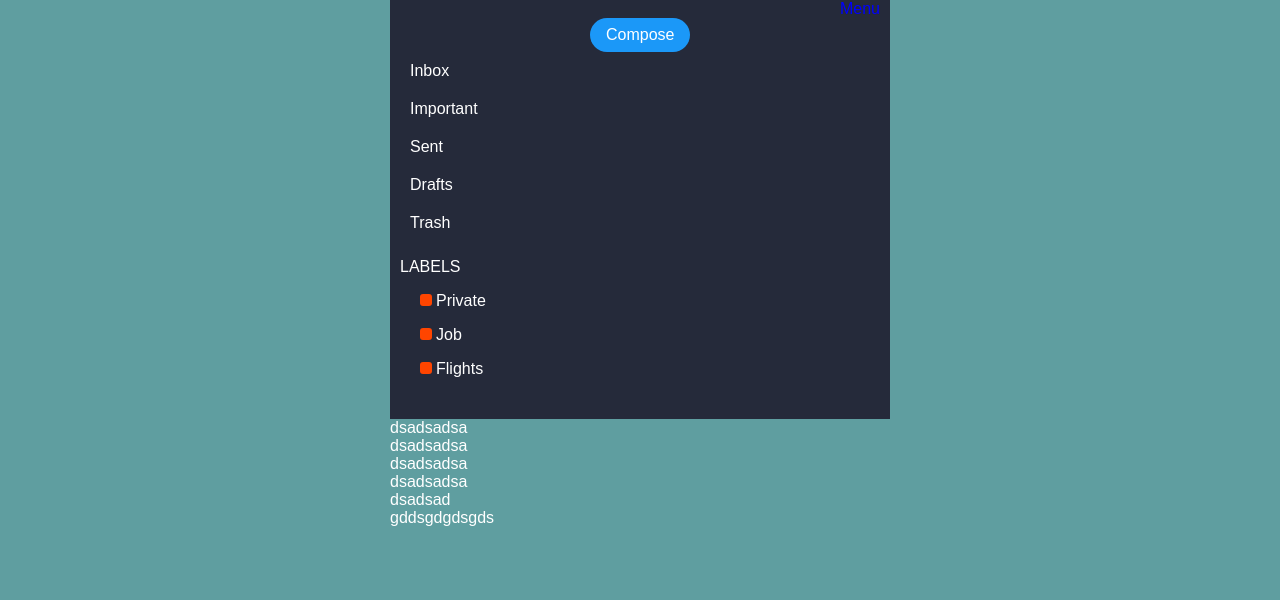
Repository: Gumiin/studia
Page: lesson4/index.html
The author's editor kept a copy of each file at every save. The page is drawn from the files as they stood at one save, then again after the next save.
The browser window is 1280 px wide. The pictures show the whole page.

Above is the page before, as saved 2021-04-21 17:08:34.

### lesson4/index.html
<!DOCTYPE html>
<html lang="en">
<head>
    <meta charset="UTF-8">
    <meta http-equiv="X-UA-Compatible" content="IE=edge">
    <meta name="viewport" content="width=device-width, initial-scale=1.0">
    <title>Mail mobile part</title>
    <link rel="stylesheet" href="style.css">
</head>
<body>
    <div id="menus">
        <p style="border: 0px;margin: 0px; color: blue;margin-right: 2%;text-align: right;">Menu</p>
        <a href=""><div id="compose">Compose</div></a>
        <nav>
            <a href=""><div class="menu">Inbox</div></a>
            <a href=""><div class="menu">Important</div></a>
            <a href=""><div class="menu">Sent</div></a>
            <a href=""><div class="menu">Drafts</div></a>
            <a href=""><div class="menu">Trash</div></a>
        </nav>
        <div id="labels">
            <p>LABELS</p>
            <p>
                <div class="label"></div>
            Private
            </p>
            <p>
                <div class="label"></div>
            Job
            </p>
            <p>
                <div class="label"></div>
            Flights
            </p>
        </div>
    </div>
    <div id="mails">
        <div class="mail">dsadsadsa</div>
        <div class="mail">dsadsadsa</div>
        <div class="mail">dsadsadsa</div>
        <div class="mail">dsadsadsa</div>
        <div class="mail">dsadsad</div>
    </div>
    <div id="messenge">
        gddsgdgdsgds
    </div>
</body>
</html>

### lesson4/style.css
body{
    margin: 0px;
    border: 0px;
    max-width: 500px;
    height:100%;
    margin:auto;
    font-family: Arial, sans-serif;
    color: white;
    background-color: cadetblue;
}
#menus{
    background-color: #252a3a;
    font-size: 16px;
}
#menus a{
    text-decoration: none;
    color: white;
}

#compose{
    background-color: #1B98F8;
    border: none;
    color: white;
    padding: 20px;
    text-align: center;
    text-decoration: none;
    display: inline-block;
    font-size: 16px;
    padding: 8px 16px;
    margin-left: 40%;
    border-radius: 20px;
}
.menu{
    margin-left: 2%;
    margin-right: 2%;
    padding: 2%;
}
.menu:hover{
    background-color: orchid;
}
#labels{
    margin-left: 2%;
    padding-bottom: 5%;
}
.label{
    background-color: orangered;
    border: none;
    display: inline-block;
    padding: 6px 6px;
    border-radius: 3px;
    margin-left:4%;
}

After the next save:
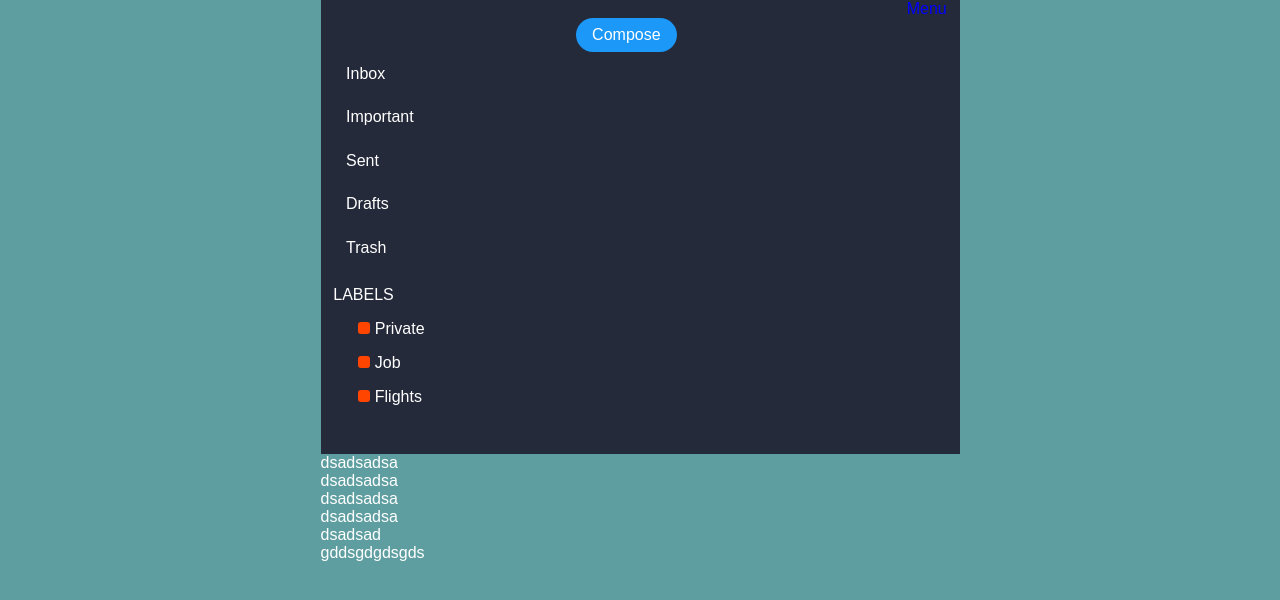
Saved 44 s later.
--- a/lesson4/style.css
+++ b/lesson4/style.css
@@ -1,7 +1,7 @@
 body{
     margin: 0px;
     border: 0px;
-    max-width: 500px;
+    max-width: 639px;
     height:100%;
     margin:auto;
     font-family: Arial, sans-serif;
